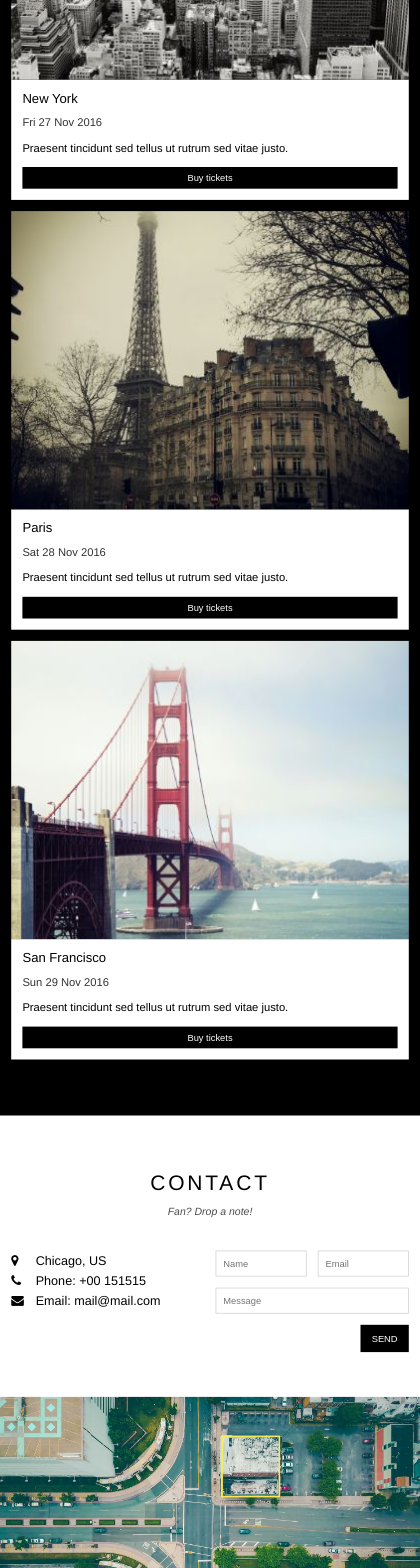
Repository: vuongtm1999/TheBand_W3School
Page: index.html
An editor plug-in stored every save of this project. The page is shown before and after the next save, followed by the edit.
The browser window is 600 px wide. The pictures show the part of the page from y = 2661 to 4901 px (the page is 5198 px tall before and 5246 px after), at 70% of full size.

Above is the page before, as saved 2022-08-31 08:41:21.

After the next save:
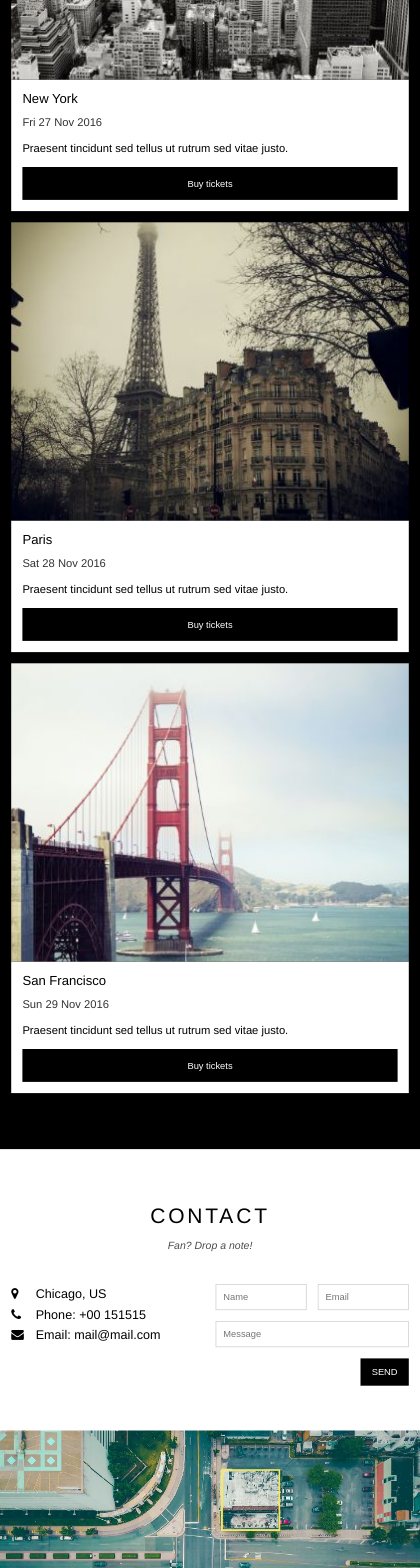
Saved 65 s later.
--- a/assets/css/responsive.css
+++ b/assets/css/responsive.css
@@ -17,6 +17,7 @@
 @media (max-width:740px) {
     .s-btn{
         width: 100%;
+        padding: 16px 8px;
     }
 
     .s-mb-16{

After the save that followed:
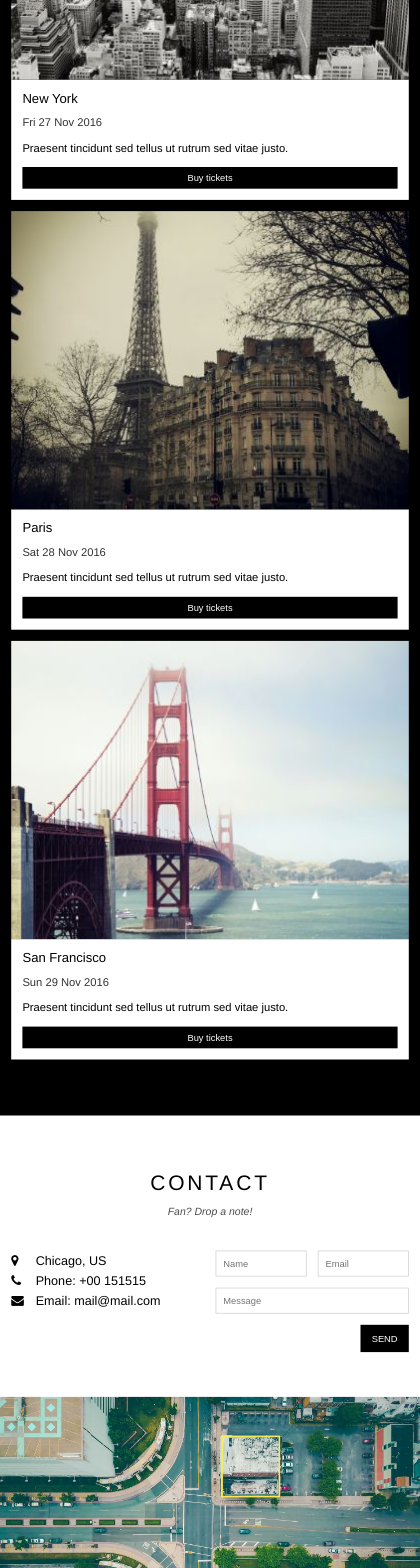
Saved 10 s later.
--- a/assets/css/responsive.css
+++ b/assets/css/responsive.css
@@ -17,7 +17,7 @@
 @media (max-width:740px) {
     .s-btn{
         width: 100%;
-        padding: 16px 8px;
+        padding: 8px 16px;
     }
 
     .s-mb-16{
